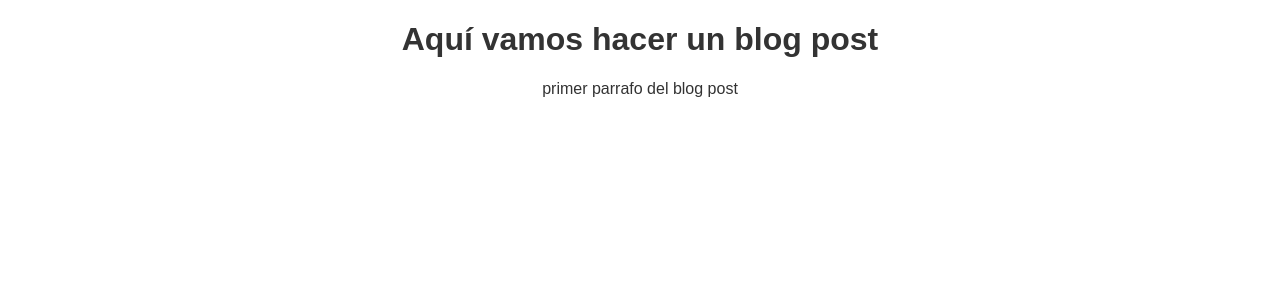
Repository: Areinomora/hiperblog
Page: blogpost.html
The author's editor kept a copy of each file at every save. The page is drawn from the files as they stood at one save, then again after the next save.
The browser window is 1280 px wide. The pictures show the whole page.

Above is the page before, as saved 2022-12-21 15:52:58.

### blogpost.html
<!DOCTYPE html>
<html lang="en">
<head>
    <meta charset="UTF-8">
    <meta http-equiv="X-UA-Compatible" content="IE=edge">
    <meta name="viewport" content="width=device-width, initial-scale=1.0">
    <title>Titulo del blog post</title>
    <link rel="stylesheet" href="/css/estilos.css">
</head>
<body>
    <h1>Aquí vamos hacer un blog post</h1>
    <p>primer parrafo del blog post</p>
</body>
</html>

### css/estilos.css
body
{
    color:#333;
    text-align:center;
    font-family:"arial";
    font-size: 16 px;
    padding: 0;
    margin: 0;

}

#container
{
    width: 70%;
    padding: 1em;
    text-align: left;
    border: 1px solid #000;
    margin:auto;

}
#container h1
{
    font-size: 20px;
}

After the next save:
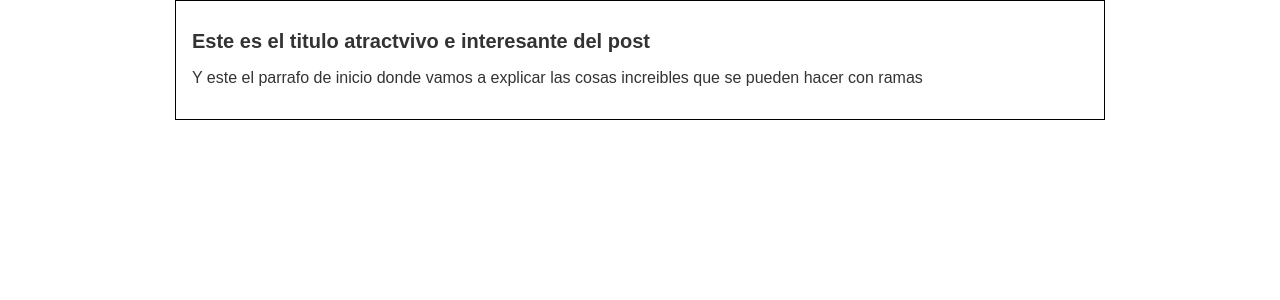
Saved 7 s later.
--- a/blogpost.html
+++ b/blogpost.html
@@ -1,14 +1,20 @@
 <!DOCTYPE html>
 <html lang="en">
-<head>
+   <head>
     <meta charset="UTF-8">
     <meta http-equiv="X-UA-Compatible" content="IE=edge">
     <meta name="viewport" content="width=device-width, initial-scale=1.0">
     <title>Titulo del blog post</title>
     <link rel="stylesheet" href="/css/estilos.css">
-</head>
-<body>
-    <h1>Aquí vamos hacer un blog post</h1>
-    <p>primer parrafo del blog post</p>
-</body>
+    </head>
+    <body>
+        <div id="container">
+            <div id="post">
+                <h1>Este es el titulo atractvivo e interesante del post</h1>
+                <p>Y este el parrafo de inicio donde vamos a explicar las cosas increibles
+                    que se pueden hacer con ramas
+                </p>
+            </div>
+        </div>
+    </body>
 </html>
